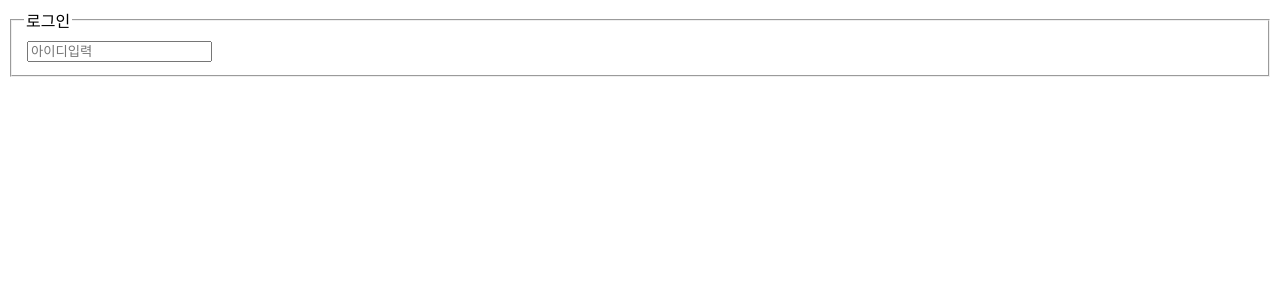
Repository: Rua1006/JSP
Page: http://localhost/practice01/login.jsp
The author's editor kept a copy of each file at every save. The page is drawn from the files as they stood at one save, then again after the next save.
The browser window is 1280 px wide. The pictures show the whole page.
The page is served by Tomcat 9. Other server files are loaded and not shown.

Above is the page before, as saved 2022-10-14 04:46:18.

### practice01/WebContent/login.jsp
<%@ page language="java" contentType="text/html; charset=UTF-8"
    pageEncoding="UTF-8"%>
<!DOCTYPE html>
<html>
<head>
<meta charset="UTF-8">
<title>로그인</title>
</head>
<body>
	<div class="wrap">
		<form action="" method="post">
			<fieldset>
				<legend>로그인</legend>
				<table>
					<tbody>
						<tr>
							<td>
								<input type="text" name="id" id="id" placeholder="아이디입력">
							</td>
						</tr>
					</tbody>
				</table>
			</fieldset>
		</form>
	</div>
</body>
</html>

After the next save:
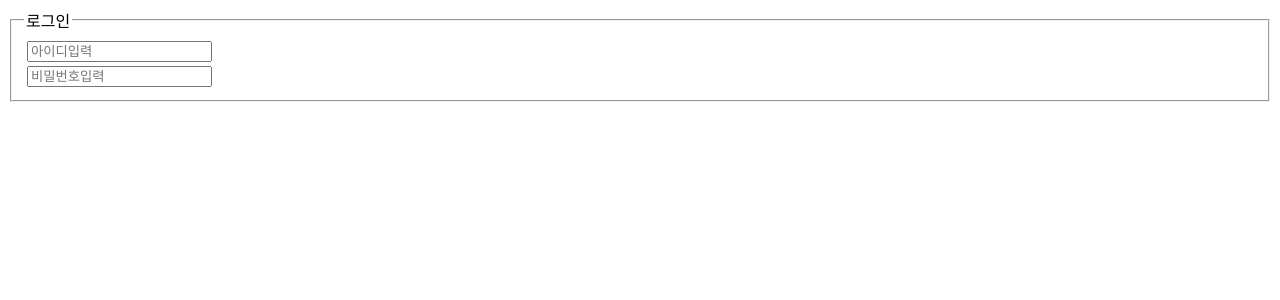
Saved 36 s later.
--- a/practice01/WebContent/login.jsp
+++ b/practice01/WebContent/login.jsp
@@ -18,6 +18,11 @@
 								<input type="text" name="id" id="id" placeholder="아이디입력">
 							</td>
 						</tr>
+						<tr>
+							<td>
+								<input type="password" name="pw" id="id" placeholder="비밀번호입력">
+							</td>
+						</tr>
 					</tbody>
 				</table>
 			</fieldset>
